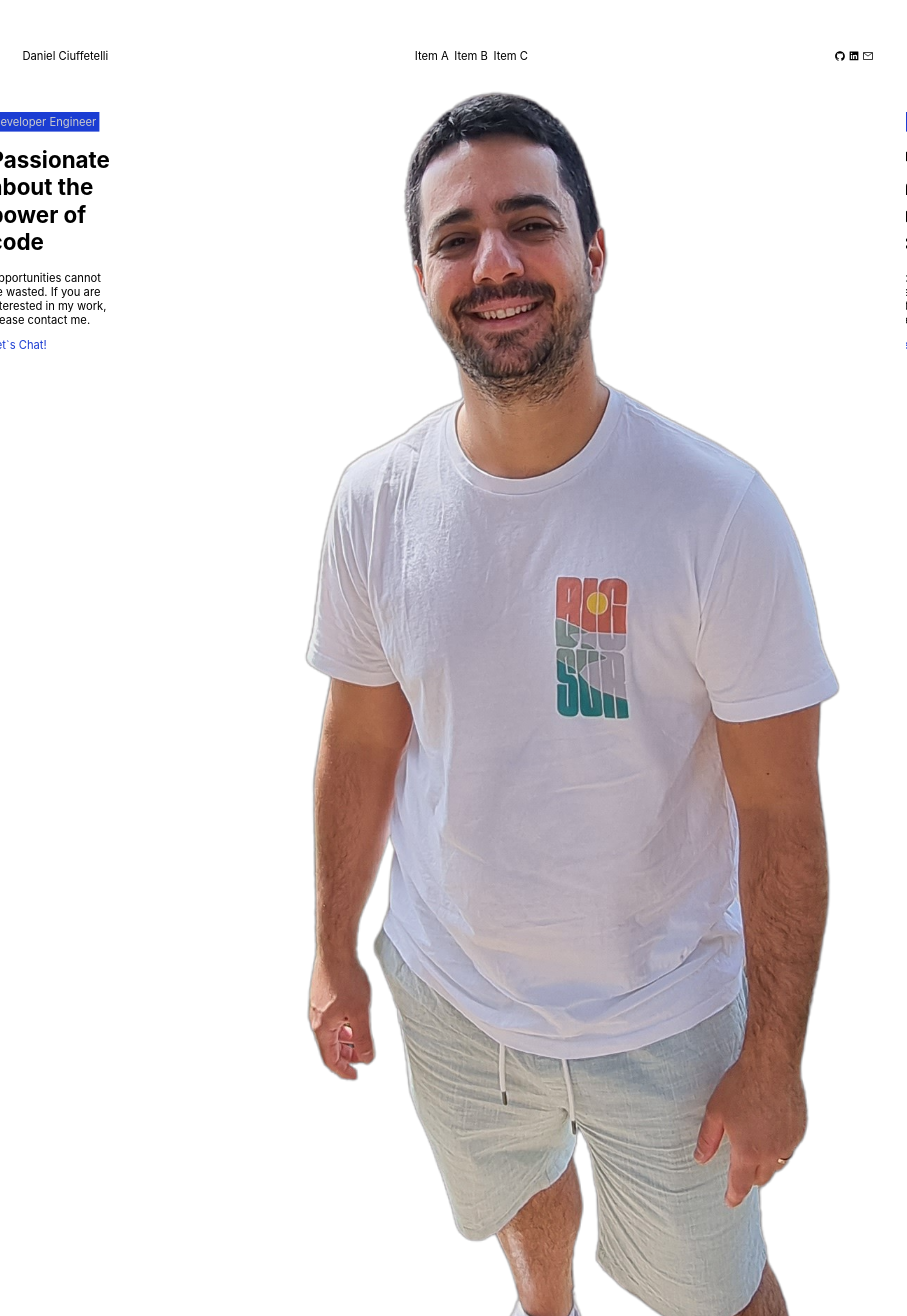
Repository: ciuffetelli/portfolio
Page: /
These files come from the project's save history. The page is drawn as it stood at one moment and after the next save; the edit follows.
The browser window is 1280 px wide. The page is 1295 px wide, then 1280 px, then 1295 px, so the pictures cover 1295 px, including what lies to the right of the window. The pictures show the part of the page from y = 0 to 1880 px (the page is 2701 px tall before and 1028 px after), at 70% of full size.
The project was rebuilt for these pictures with package versions that can differ from the ones it lists, and the page was loaded fresh each time. The framework's server and built-in components were replaced by stand-ins that run in the browser. Also part of the build but not shown: next.config.js.

Above is the page before, as saved 2022-12-04 16:03:30.

After the next save:
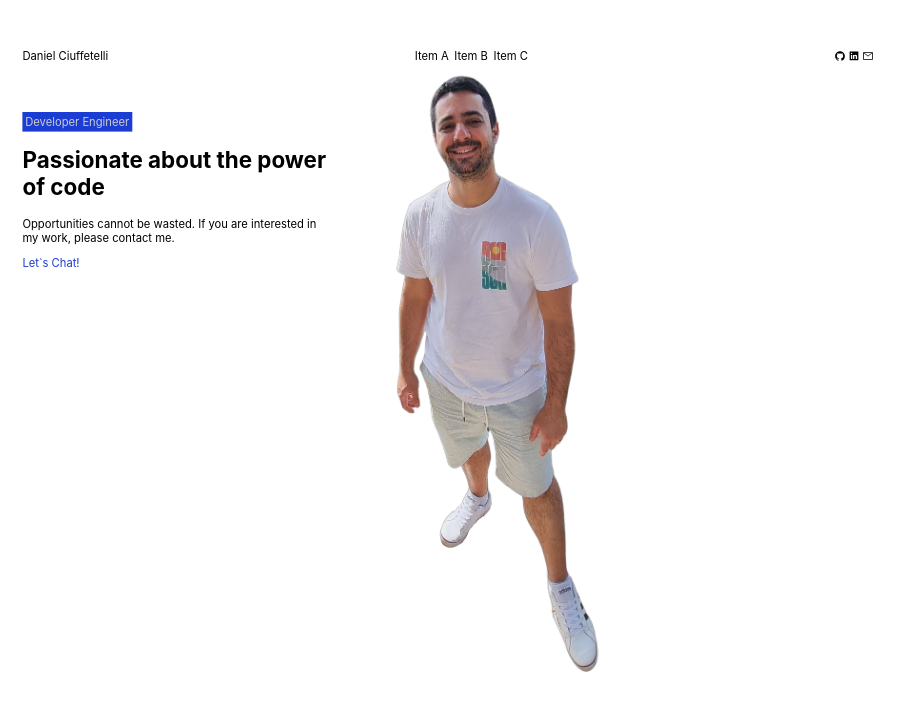
Saved 20 min 28 s later.
--- a/Components/Hero.tsx
+++ b/Components/Hero.tsx
@@ -53,4 +53,6 @@
     }
 `
 
-const Image = styled.img``
+const Image = styled.img`
+    width: 50%;
+`

After the save that followed:
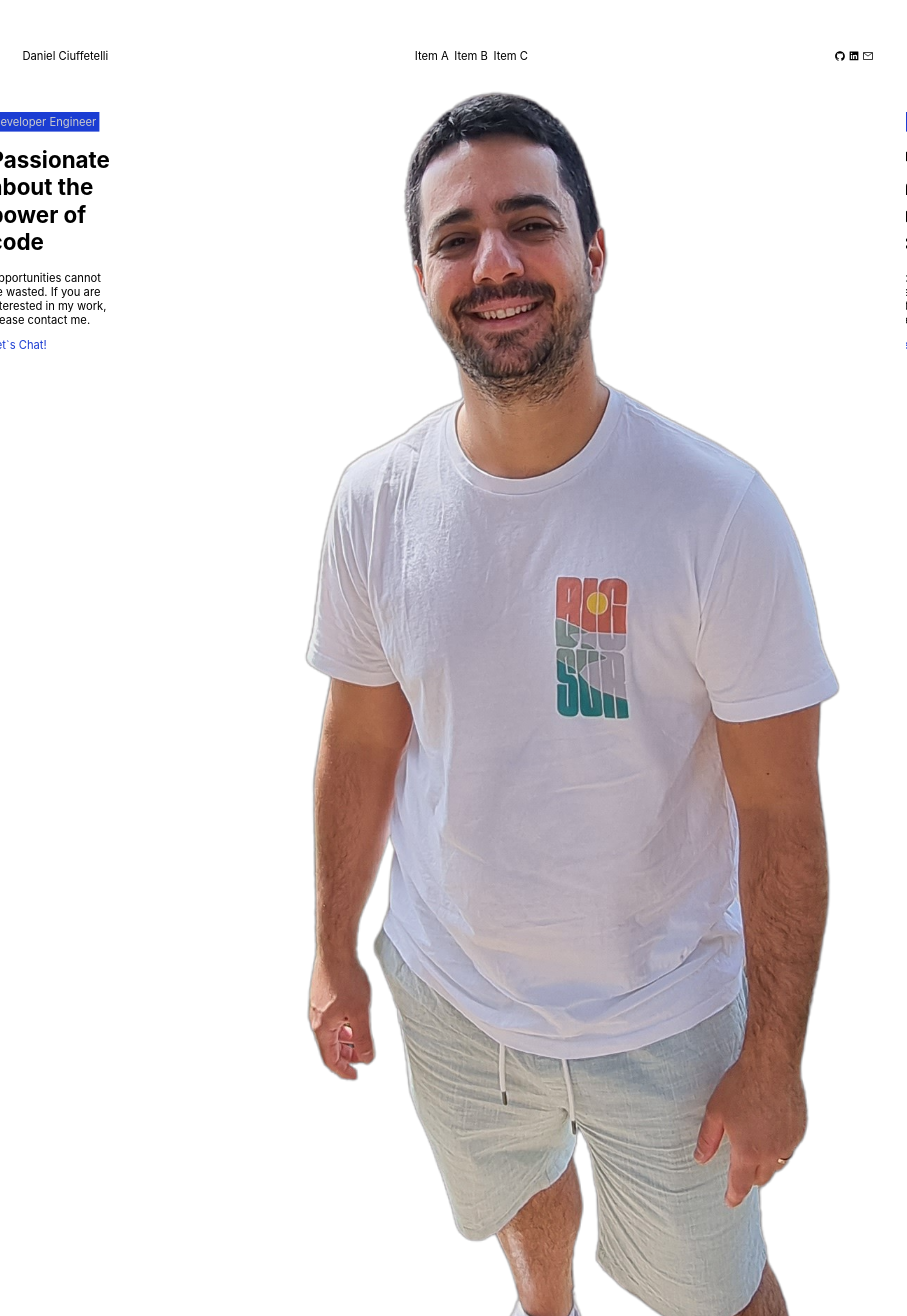
Saved 70 s later.
--- a/Components/Hero.tsx
+++ b/Components/Hero.tsx
@@ -54,5 +54,5 @@
 `
 
 const Image = styled.img`
-    width: 50%;
+    /* width: 50%; */
 `
